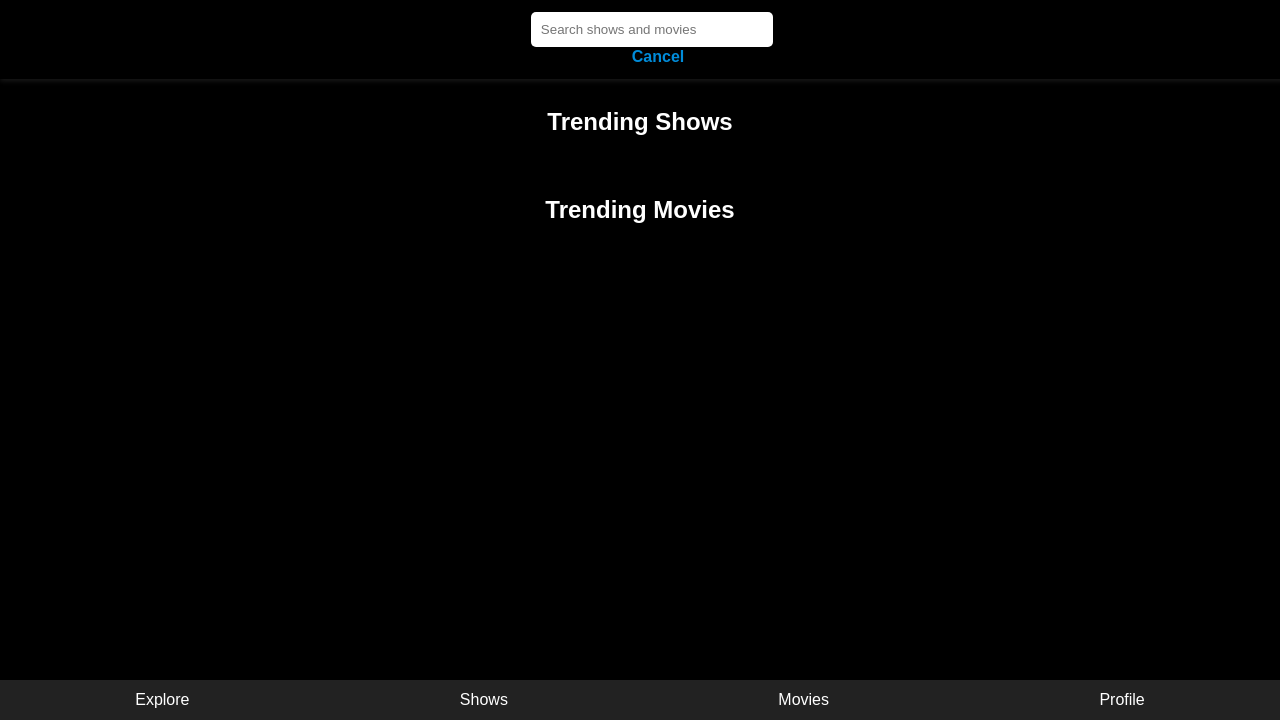
Repository: carson-jenkins-5/tracktv
Page: tracktv/frontend/index.html
These files come from the project's save history. The page is drawn as it stood at one moment and after the next save; the edit follows.
The browser window is 1280 px wide. The pictures show the whole page.
The page's requests for data from a server got no answer.

Above is the page before, as saved 2025-03-02 00:17:37.

### tracktv/frontend/index.html
<!DOCTYPE html>
<html lang="en">
<head>
    <meta charset="UTF-8">
    <meta name="viewport" content="width=device-width, initial-scale=1.0">
    <title>TrackTV</title>
    <link rel="stylesheet" href="styles.css">
</head>
<body>

    <!-- Search Bar -->
    <div class="search-bar-container">
        <form id="search-form">
            <input type="text" id="search-input" placeholder="Search shows and movies">
            <button type="button" id="cancel-btn">Cancel</button>
        </form>
    </div>

    <!-- Explore Section -->
    <h2>Top Shows for You</h2>
    <div id="top-shows" class="carousel"></div>

    <h2>Trending Shows</h2>
    <div id="trending-shows" class="carousel"></div>

    <h2>Trending Movies</h2>
    <div id="trending-movies" class="carousel"></div>

    <!-- Navigation Bar -->
    <div id="navbar">
        <button data-page="explore">Explore</button>
        <button data-page="shows">Shows</button>
        <button data-page="movies">Movies</button>
        <button data-page="profile">Profile</button>
    </div>

    <script src="api.js"></script>
    <script src="script.js"></script>
</body>
</html>

### tracktv/frontend/styles.css
body {
    font-family: Arial, sans-serif;
    background-color: black;
    color: white;
    margin: 0;
    padding: 0;
    text-align: center;
}

/* Fixed Search Bar */
.search-bar-container {
    position: fixed;
    top: 0;
    left: 0;
    width: 100%;
    background-color: black;
    z-index: 1000; /* Keep it on top */
    display: flex;
    align-items: center;
    justify-content: center;
    padding: 12px;
    box-shadow: 0px 2px 5px rgba(255, 255, 255, 0.1);
}

/* Search Input */
.search-bar {
    flex-grow: 1;
    max-width: 80%;
    padding: 10px;
    border-radius: 20px;
    font-size: 16px;
    border: 1px solid rgba(255, 255, 255, 0.3);
    background-color: #222;
    color: white;
    outline: none;
}

/* Cancel Button */
#cancel-btn {
    background: none;
    border: none;
    color: #008CDA;
    font-size: 16px;
    font-weight: bold;
    margin-left: 12px;
    cursor: pointer;
    transition: color 0.3s ease;
}

#cancel-btn:hover {
    color: #00aaff;
}

#search-input {
    width: 80%;
    padding: 10px;
    border: none;
    border-radius: 5px;
}

/* SEARCH RESULTS PAGE */
#search-results {
    width: 90%;
    background-color: #000;
    margin: 10px auto;
    border-radius: 8px;
    overflow-y: auto;
    padding: 10px;
}

.search-item {
    display: flex;
    align-items: center;
    padding: 12px;
    border-bottom: 1px solid rgba(255, 255, 255, 0.3);
}

.search-item img {
    width: 60px;
    height: 90px;
    border-radius: 5px;
    margin-right: 15px;
}

.search-info {
    flex-grow: 1;
}

.search-title {
    color: white;
    font-size: 16px;
    font-weight: bold;
    margin: 0;
}

.search-subtitle {
    color: rgba(255, 255, 255, 0.6);
    font-size: 14px;
    margin: 3px 0;
}

.add-button {
    background-color: #008CDA;
    color: white;
    border: none;
    font-size: 18px;
    font-weight: bold;
    width: 36px;
    height: 36px;
    border-radius: 50%;
    cursor: pointer;
    display: flex;
    align-items: center;
    justify-content: center;
}

/* Carousels */
.carousel {
    display: flex;
    overflow-x: auto;
    gap: 10px;
    padding: 10px;
}

/* Navbar */
#navbar {
    position: fixed;
    bottom: 0;
    width: 100%;
    background-color: #222;
    display: flex;
    justify-content: space-around;
    padding: 10px 0;
}

#navbar button {
    background: none;
    border: none;
    color: white;
    font-size: 16px;
    cursor: pointer;
}

### tracktv/frontend/api.js
const API_KEY = "68d6cd9baadb236523ec6497d0e352a5";
const BASE_URL = "https://api.themoviedb.org/3";

// Fetch trending TV shows
async function fetchTrendingShows() {
    const response = await fetch(`${BASE_URL}/tv/popular?api_key=${API_KEY}`);
    const data = await response.json();
    return data.results;
}

// Fetch trending movies
async function fetchTrendingMovies() {
    const response = await fetch(`${BASE_URL}/movie/popular?api_key=${API_KEY}`);
    const data = await response.json();
    return data.results;
}

// Search movies/shows
async function searchMovies(query) {
    const response = await fetch(`${BASE_URL}/search/multi?api_key=${API_KEY}&query=${query}`);
    const data = await response.json();
    return data.results;
}

### tracktv/frontend/script.js
document.addEventListener("DOMContentLoaded", async function () {
  const topShowsContainer = document.getElementById("top-shows");
  const trendingShowsContainer = document.getElementById("trending-shows");
  const trendingMoviesContainer = document.getElementById("trending-movies");

  // Load trending shows
  const trendingShows = await fetchTrendingShows();
  trendingShows.forEach(show => {
      const img = document.createElement("img");
      img.src = `https://image.tmdb.org/t/p/w200${show.poster_path}`;
      img.alt = show.name;
      topShowsContainer.appendChild(img);
  });

  // Load trending movies
  const trendingMovies = await fetchTrendingMovies();
  trendingMovies.forEach(movie => {
      const img = document.createElement("img");
      img.src = `https://image.tmdb.org/t/p/w200${movie.poster_path}`;
      img.alt = movie.title;
      trendingMoviesContainer.appendChild(img);
  });

  document.getElementById("search-form").addEventListener("submit", function (e) {
      e.preventDefault();
      const query = document.getElementById("search-input").value.trim();
      if (query.length > 0) {
          window.location.href = `search.html?q=${encodeURIComponent(query)}`;
      }
  });
  // Cancel button: go back to the previous page
  document.getElementById("cancel-btn").addEventListener("click", function () {
      window.history.back();
  });

  // Navigation
  document.getElementById("navbar").addEventListener("click", function (e) {
      if (e.target.tagName === "BUTTON") {
          alert(`Switching to ${e.target.getAttribute("data-page")} page!`);
      }
  });
});

After the next save:
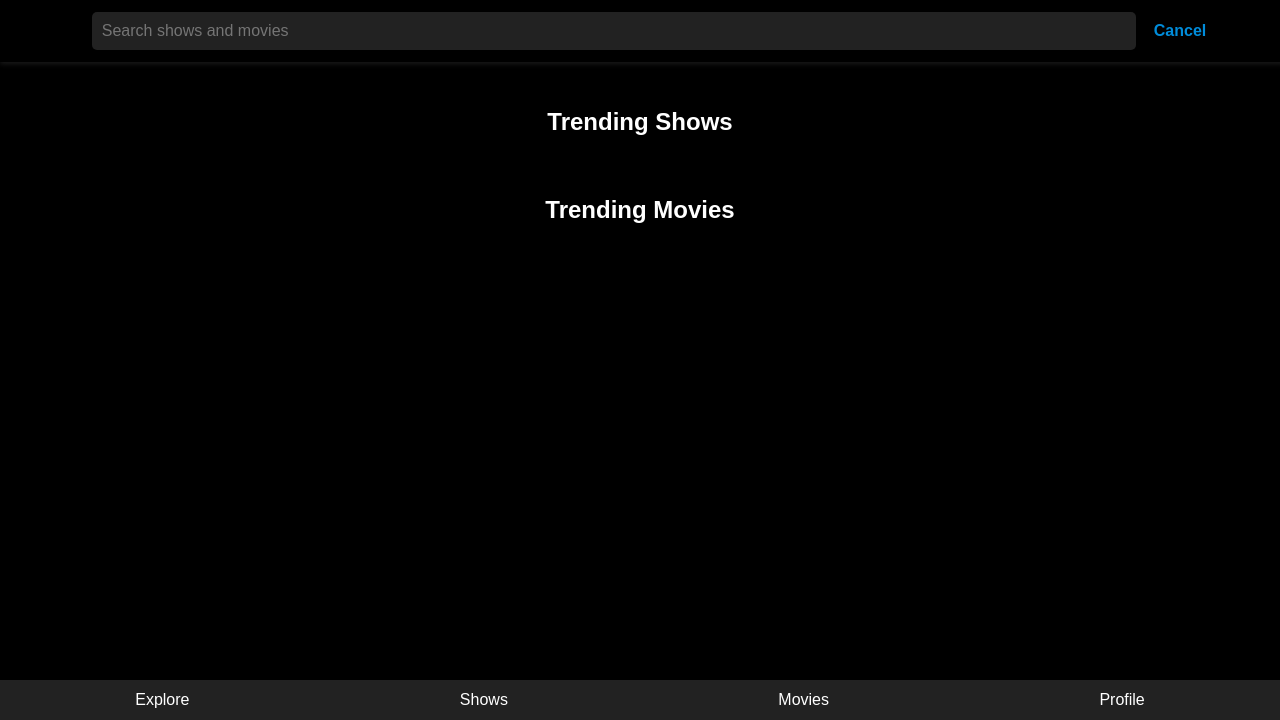
Saved 36 s later.
--- a/tracktv/frontend/index.html
+++ b/tracktv/frontend/index.html
@@ -10,10 +10,8 @@
 
     <!-- Search Bar -->
     <div class="search-bar-container">
-        <form id="search-form">
-            <input type="text" id="search-input" placeholder="Search shows and movies">
-            <button type="button" id="cancel-btn">Cancel</button>
-        </form>
+        <input type="text" id="search-input" class="search-bar" placeholder="Search shows and movies">
+        <button type="button" id="cancel-btn">Cancel</button>
     </div>
 
     <!-- Explore Section -->
